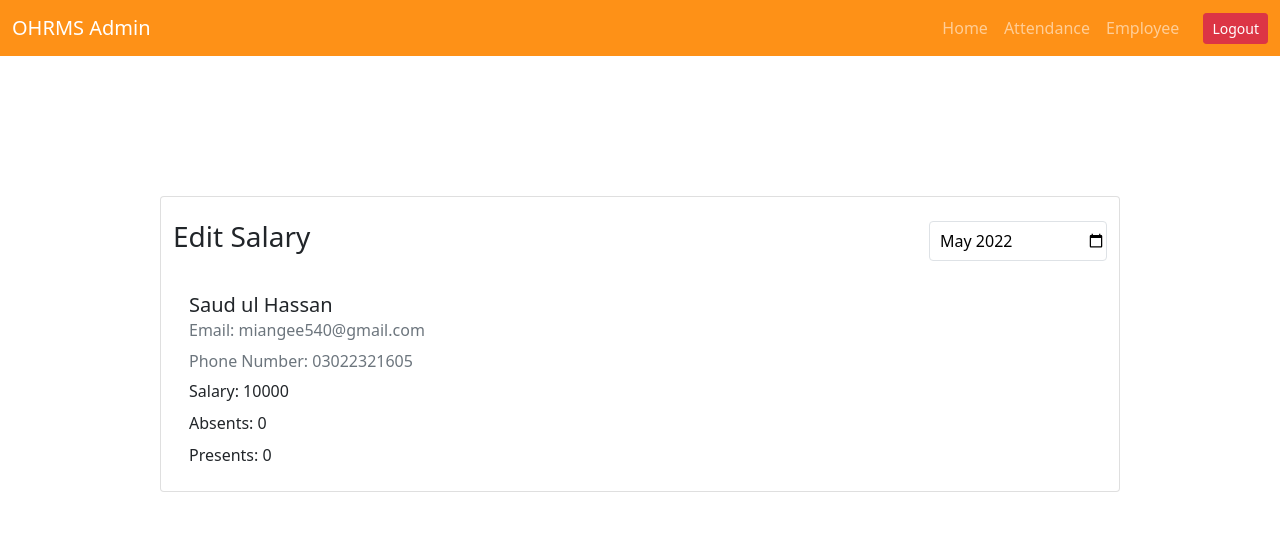
Repository: SaudCh/PHP-OHRMS
Page: http://localhost/admin/edit-salary?id=49
These files come from the project's save history. The page is drawn as it stood at one moment and after the next save; the edit follows.
The browser window is 1280 px wide. The pictures show the whole page.
Some web libraries are served in a nearby version. The page is run by PHP 8.4 with error messages shown; the project is at /var/www/html/. The session is filled in as if someone had signed in: {"admin": "admin@ohrm.com"}. The database holds what the project's SQL file puts in it. Queries for data that is not in the repository find no rows.

Above is the page before, as saved 2022-06-06 00:05:26.

After the next save:
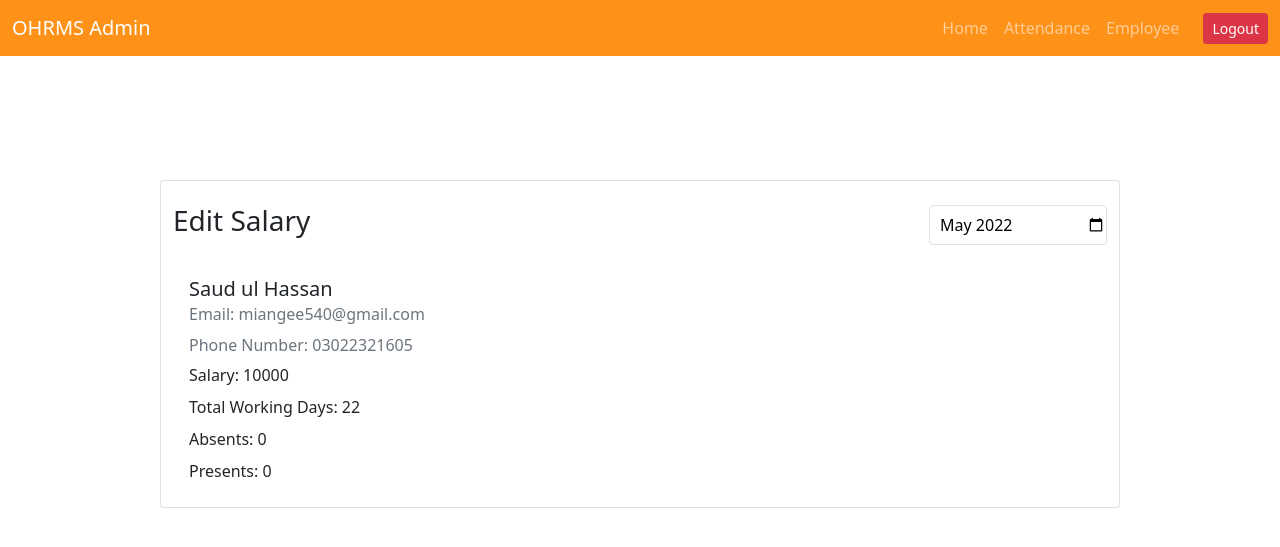
Saved 44 s later.
--- a/admin/edit-salary.php
+++ b/admin/edit-salary.php
@@ -84,7 +84,7 @@
                             }
                         }
                         ?>
-
+                        <p class="card-text p-0 m-0 mb-2">Total Working Days: <?= $workdays ?></p>
                         <p class="card-text p-0 m-0 mb-2">Absents: <?= $absent ?></p>
                         <p class="card-text p-0 m-0 mb-2">Presents: <?= $present ?></p>
 
